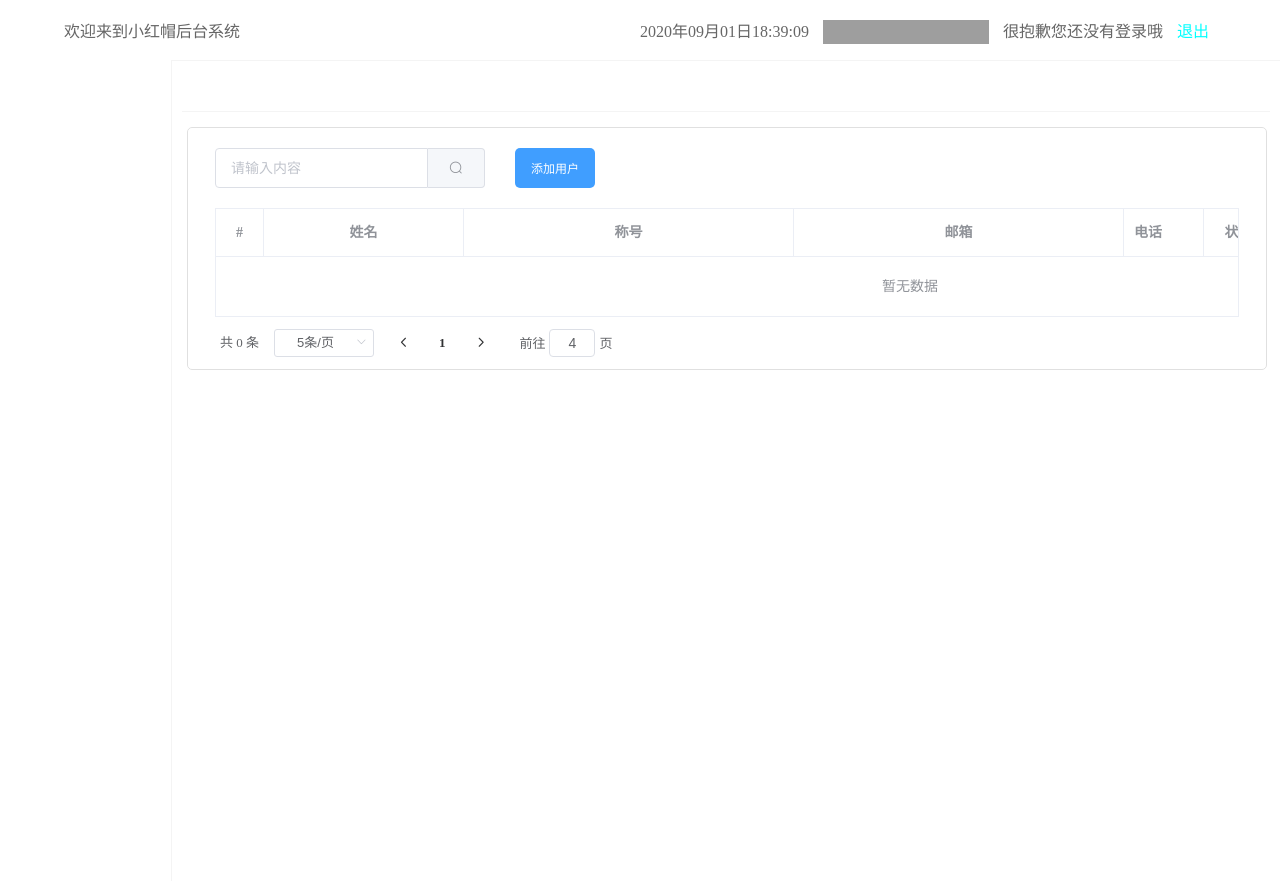
Repository: jinggegeZ/whitesystem
Page: /users/users
An editor plug-in stored every save of this project. The page is shown before and after the next save, followed by the edit.
The browser window is 1280 px wide. The pictures show the whole page.
Pictures or frames that could not be fetched are drawn as grey boxes. The page's requests for data from a server got no answer. The project was rebuilt for these pictures with package versions that can differ from the ones it lists, and the page was loaded fresh each time. No one was signed in, and anything a server would have sent is missing. Also part of the build but not shown: vue.config.js, src/views/Home.vue.

Above is the page before, as saved 2020-09-02 09:11:21.

After the next save:
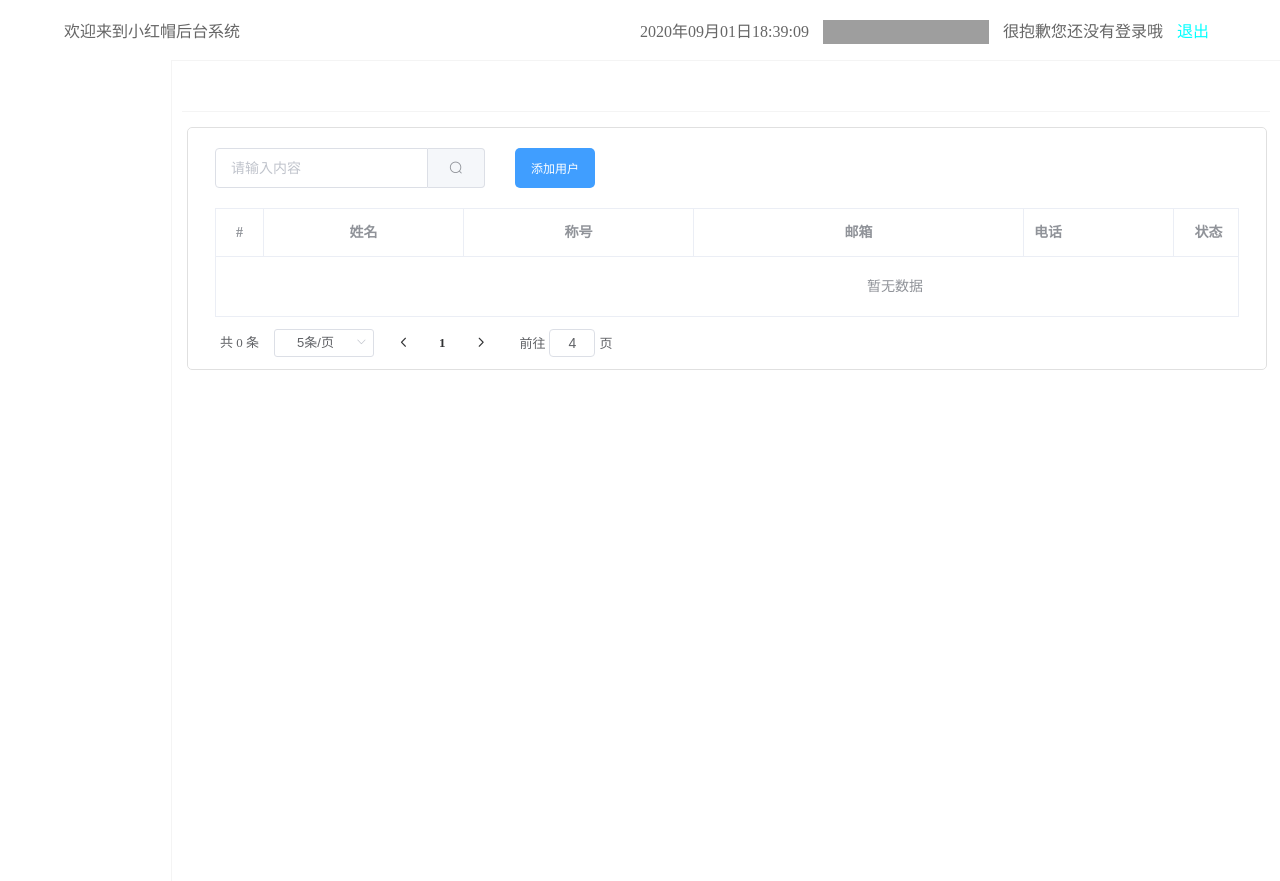
Saved 28 s later.
--- a/src/views/userList/UserList.vue
+++ b/src/views/userList/UserList.vue
@@ -56,11 +56,11 @@
             <!-- 下标 -->
             <el-table-column prop="username" label="姓名" width="200" align="center"></el-table-column>
             <!-- 姓名 -->
-            <el-table-column prop="role_name" label="称号" width="330" align="center"></el-table-column>
+            <el-table-column prop="role_name" label="称号" width="230" align="center"></el-table-column>
             <!-- 角色 -->
             <el-table-column prop="email" label="邮箱" width="330" align="center"></el-table-column>
             <!-- 电话 -->
-            <el-table-column prop="mobile" label="电话" align="left"></el-table-column>
+            <el-table-column prop="mobile" label="电话" align="left" width="150"></el-table-column>
             <!-- 状态 -->
             <el-table-column label="状态" width="70" align="center">
               <template slot-scope="scope">
